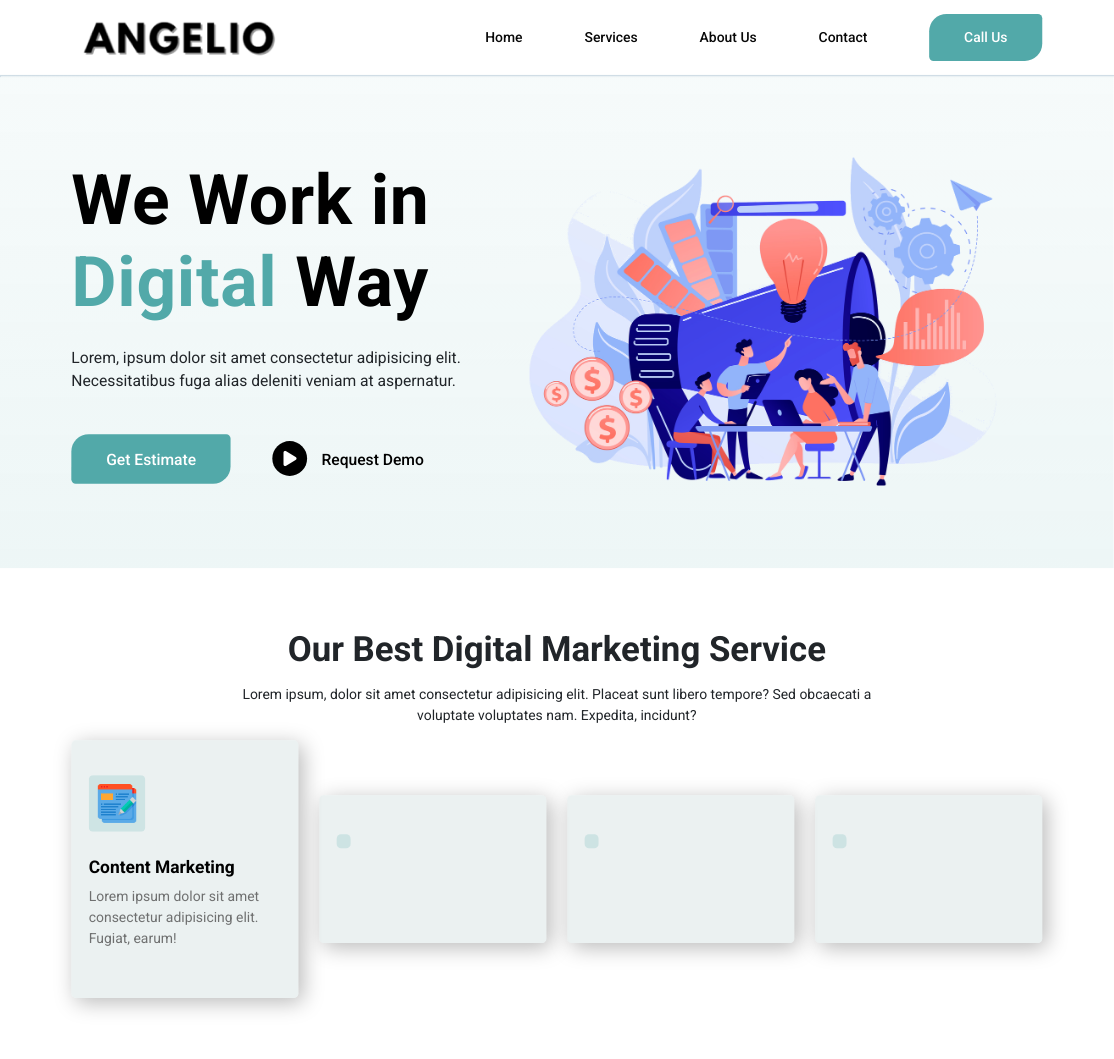
Repository: nazmulalok/landing-page-angelio
Page: index.html
The author's editor kept a copy of each file at every save. The page is drawn from the files as they stood at one save, then again after the next save.
The browser window is 1280 px wide. The pictures show the whole page, at 87% of full size.

Above is the page before, as saved 2022-09-10 23:03:44.

### index.html
<!DOCTYPE html>
<html lang="en">

    <head>
        <meta charset="UTF-8">
        <meta http-equiv="X-UA-Compatible" content="IE=edge">
        <meta name="viewport" content="width=device-width, initial-scale=1.0">
        <title>Landing Page</title>
        <link rel="preconnect" href="https://fonts.googleapis.com">
        <link rel="preconnect" href="https://fonts.gstatic.com" crossorigin>
        <link rel="stylesheet" href="https://cdnjs.cloudflare.com/ajax/libs/font-awesome/6.2.0/css/all.min.css"
            integrity="sha512-xh6O/CkQoPOWDdYTDqeRdPCVd1SpvCA9XXcUnZS2FmJNp1coAFzvtCN9BmamE+4aHK8yyUHUSCcJHgXloTyT2A=="
            crossorigin="anonymous" referrerpolicy="no-referrer" />
        <link
            href="https://fonts.googleapis.com/css2?family=Roboto:ital,wght@0,300;0,400;0,500;0,700;0,900;1,300;1,400;1,500;1,700;1,900&display=swap"
            rel="stylesheet">
        <link href="https://cdn.jsdelivr.net/npm/bootstrap@5.2.0/dist/css/bootstrap.min.css" rel="stylesheet"
            integrity="sha384-gH2yIJqKdNHPEq0n4Mqa/HGKIhSkIHeL5AyhkYV8i59U5AR6csBvApHHNl/vI1Bx" crossorigin="anonymous">
        <link rel="stylesheet" href="style.css">
    </head>

    <body>
        <header>
            <nav>
                <div class="container">
                    <div class="row align-items-center">
                        <div class="col-lg-5">
                            <div class="logo">
                                <a href="/"><img src="images/angelio-logo.png" alt="Angelio Logo" width="250"
                                        height="66"></a>
                            </div>
                        </div>
                        <div class="col-lg-7 d-flex justify-content-end">
                            <ul>
                                <li><a href="/">Home</a></li>
                                <li><a href="/services.html">Services</a></li>
                                <li><a href="/about-us.html">About Us</a></li>
                                <li><a href="/contact.html">Contact</a></li>
                                <li class="nav-cta"><a href="tel:000-000-0000">Call Us</a></li>
                            </ul>
                        </div>
                    </div>
                </div>
            </nav>
        </header>
        <section class="sec-padding banner-sec">
            <div class="container">
                <div class="row align-items-center">
                    <div class="col-lg-7 order-lg-last">
                        <img src="images/angelio-digital-marketing.png" alt="">
                    </div>
                    <div class="col-lg-5">
                        <div class="large-heading">We Work in <span class="color-text">Digital</span> Way</div>
                        <p>Lorem, ipsum dolor sit amet consectetur adipisicing elit. Necessitatibus fuga alias deleniti
                            veniam at aspernatur.</p>
                        <div class="d-flex align-items-center mt-5"><a href="/contact-us" class="main-btn me-5">Get
                                Estimate</a>
                            <a href="/contact-us" class="play-btn"><i class="fas fa-play me-3"></i>Request Demo</a>
                        </div>
                    </div>
                </div>
            </div>
        </section>
        <section class="sec-padding">
            <div class="container">
                <div class="row justify-content-center">
                    <div class="col-md-8">
                        <div class="text-center">
                            <h1>
                                Our Best Digital Marketing Service
                            </h1>
                            <p>Lorem ipsum, dolor sit amet consectetur adipisicing elit. Placeat sunt
                                libero
                                tempore? Sed obcaecati a voluptate voluptates nam. Expedita, incidunt?</p>
                        </div>
                    </div>
                </div>
                <div class="row align-items-center">
                    <div class="col-lg-3">
                        <div class="service-box">
                            <div class="service-icon">
                                <img src="images/content-marketing.png" alt="Content Marketing">
                            </div>
                            <div class="service-content">
                                <a href="#">Content Marketing</a>
                                <p>Lorem ipsum dolor sit amet consectetur adipisicing elit. Fugiat, earum!</p>
                            </div>
                        </div>
                    </div>
                    <div class="col-lg-3">
                        <div class="service-box">
                            <div class="service-icon">
                                <img src="" alt="">
                            </div>
                        </div>
                    </div>
                    <div class="col-lg-3">
                        <div class="service-box">
                            <div class="service-icon">
                                <img src="" alt="">
                            </div>
                        </div>
                    </div>
                    <div class="col-lg-3">
                        <div class="service-box">
                            <div class="service-icon">
                                <img src="" alt="">
                            </div>
                        </div>
                    </div>
                </div>
            </div>
        </section>


        <script src="https://cdn.jsdelivr.net/npm/bootstrap@5.2.0/dist/js/bootstrap.bundle.min.js"
            integrity="sha384-A3rJD856KowSb7dwlZdYEkO39Gagi7vIsF0jrRAoQmDKKtQBHUuLZ9AsSv4jD4Xa"
            crossorigin="anonymous"></script>
    </body>

</html>

### style.css
:root {
    --primary-color: #52a9a9;
    --secondary-color: #000000;
    --main-font: 'Roboto', sans-serif;
}

body {
    font-family: var(--main-font);
}

nav {
    padding: 10px 0px;
    box-shadow: 0 1px 1px 1px #14477e2b;
}

nav ul {
    list-style-type: none;
    display: flex;
    justify-content: flex-end;
    margin: 0;
    padding: 0;
    align-items: center;
    gap: 20%;
    white-space: nowrap;
}

nav ul li a {
    color: #080808;
    text-decoration: none;
    display: block;
    position: relative;
    font-weight: 500;
}

nav ul li a:hover {
    color: #52a9a9;
}

li.nav-cta a {
    background: #008080ad;
    padding: 15px 40px;
    color: #fff;
    border-radius: 20px 5px;
    transition: all 0.3s ease;
}

li.nav-cta a:hover {
    background: #000;
    color: #fff;
    border-radius: 5px 20px;
    transition: all 0.3s ease;
}

li.nav-cta a:before {
    content: "";
    width: 0%;
    height: 0px;
    position: absolute;
    left: 0;
    bottom: 0;
    transition: none;
    transform: none;
    background: none;
    transform-origin: 0%;
}

li.nav-cta a:hover:before {
    transform: none;
    transform-origin: 0%;
}

nav ul li a:before {
    content: "";
    width: 100%;
    height: 2px;
    position: absolute;
    left: 0;
    bottom: 0;
    transition: 0.4s transform ease;
    transform: scale3d(0, 1, 1);
    background: #52a9a9;
    transform-origin: 100% 50%;
}

nav ul li a:hover::before {
    transform: scale3d(1, 1, 1);
    transform-origin: 0 50%;
}

.sec-padding {
    padding: 70px 0px;
}

.banner-sec {
    background-image: linear-gradient(rgb(82 169 169 / 5%), rgb(82 169 169 / 10%));
    background-size: cover;
    background-position: center;
}

.banner-sec img {
    width: 100%;
}

.large-heading {
    font-size: 80px;
    color: #000;
    font-weight: 600;
    letter-spacing: 0.8px;
    line-height: normal;
    margin-bottom: 25px;
}

.banner-sec p {
    font-size: 18px;
}

.color-text {
    color: var(--primary-color);
}

a.main-btn {
    color: #fff;
    background: #52a9a9;
    padding: 15px 40px;
    font-weight: 500;
    font-size: 18px;
    text-decoration: none;
    border-radius: 20px 5px;
    transition: all 0.3s ease;
}

a.main-btn:hover {
    background: #000;
    color: #fff;
    border-radius: 5px 20px;
    transition: all 0.3s ease;
}

a.play-btn {
    display: inline-flex;
    align-items: center;
    justify-content: center;
    color: #000;
    text-decoration: none;
    font-weight: 500;
    font-size: 18px;
}

.play-btn .fa-play {
    width: 40px;
    height: 40px;
    color: #fff;
    font-size: 20px;
    background: #000;
    display: inline-flex;
    align-items: center;
    justify-content: center;
    border-radius: 50%;
    transition: all 0.3s ease;
}

.play-btn:hover i {
    background: #52a9a9;
}

/* Headings */

h1,
h2,
h3,
h4,
h5,
h6 {
    margin-bottom: 1rem;
    font-weight: 700;
}

/* Service Box */

.service-box {
    background: #c5d6d657;
    padding: 40px 20px;
    box-shadow: 5px 5px 25px 0 rgb(0 0 0 / 28%);
    border-radius: 5px;
}

.service-box .service-icon {
    width: 80px;
    height: 80px;
    margin-bottom: 10px;
}

.service-box .service-icon img {
    width: 65px;
    background: #52a9a930;
    padding: 8px;
    border-radius: 5px;
}

.service-box .service-content a {
    display: inline-block;
    color: #000;
    font-size: 20px;
    font-weight: 600;
    text-decoration: none;
    margin-bottom: 8px;
}

.service-box .service-content p {
    color: #575757d6;
}

After the next save:
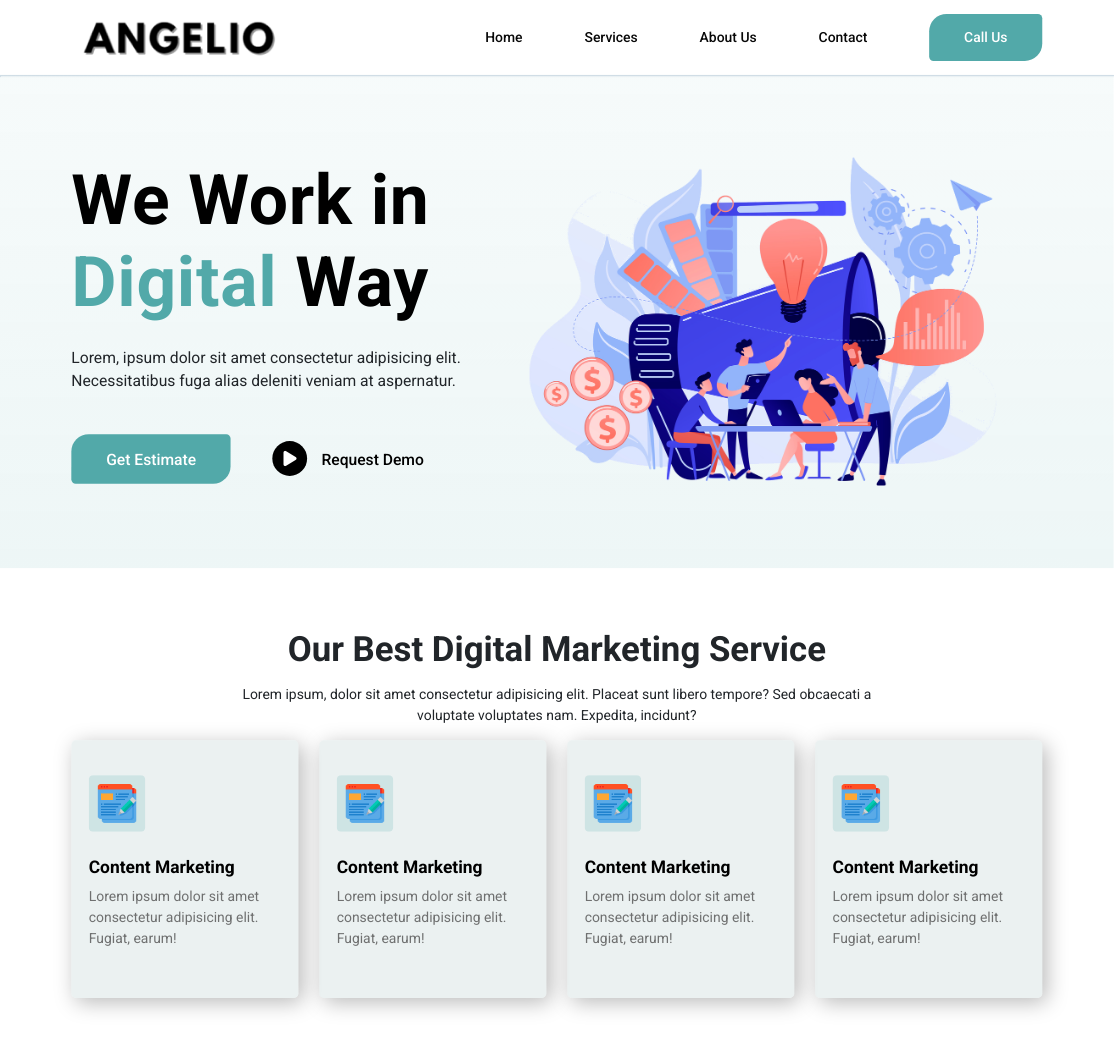
Saved 34 s later.
--- a/index.html
+++ b/index.html
@@ -90,21 +90,33 @@
                     <div class="col-lg-3">
                         <div class="service-box">
                             <div class="service-icon">
-                                <img src="" alt="">
+                                <img src="images/content-marketing.png" alt="Content Marketing">
+                            </div>
+                            <div class="service-content">
+                                <a href="#">Content Marketing</a>
+                                <p>Lorem ipsum dolor sit amet consectetur adipisicing elit. Fugiat, earum!</p>
                             </div>
                         </div>
                     </div>
                     <div class="col-lg-3">
                         <div class="service-box">
                             <div class="service-icon">
-                                <img src="" alt="">
+                                <img src="images/content-marketing.png" alt="Content Marketing">
+                            </div>
+                            <div class="service-content">
+                                <a href="#">Content Marketing</a>
+                                <p>Lorem ipsum dolor sit amet consectetur adipisicing elit. Fugiat, earum!</p>
                             </div>
                         </div>
                     </div>
                     <div class="col-lg-3">
                         <div class="service-box">
                             <div class="service-icon">
-                                <img src="" alt="">
+                                <img src="images/content-marketing.png" alt="Content Marketing">
+                            </div>
+                            <div class="service-content">
+                                <a href="#">Content Marketing</a>
+                                <p>Lorem ipsum dolor sit amet consectetur adipisicing elit. Fugiat, earum!</p>
                             </div>
                         </div>
                     </div>
